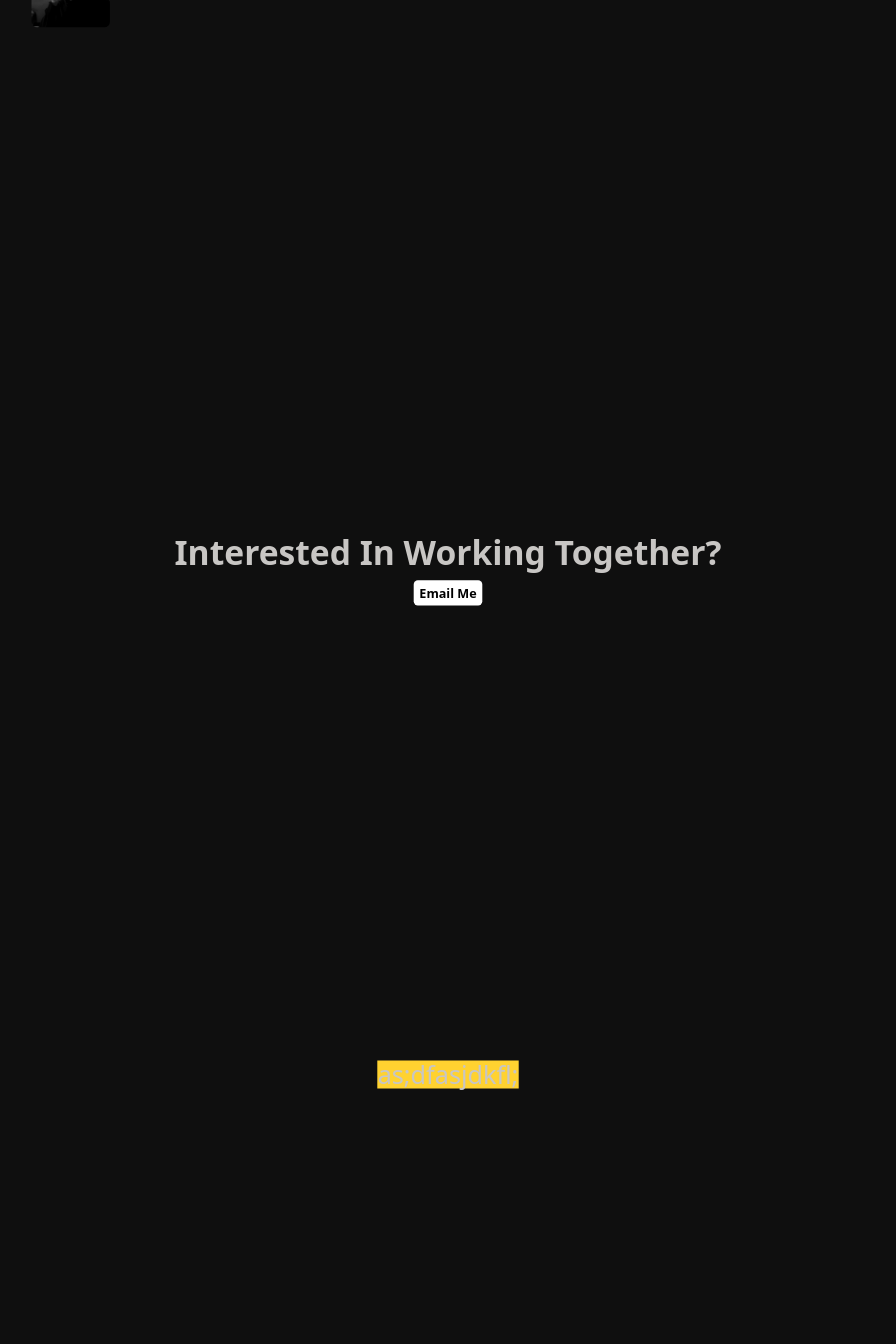
Repository: hitoutvrma/portfolio
Page: /
These files come from the project's save history. The page is drawn as it stood at one moment and after a run of saves; the edit follows.
The browser window is 1280 px wide. The pictures show the part of the page from y = 1010 to 2930 px (the page is 2930 px tall), at 70% of full size.
The project was rebuilt for these pictures with package versions that can differ from the ones it lists, and the page was loaded fresh each time. Also part of the build but not shown: vite.config.js.

Above is the page before, as saved 2025-03-08 21:05:10.

After the next 2 saves:
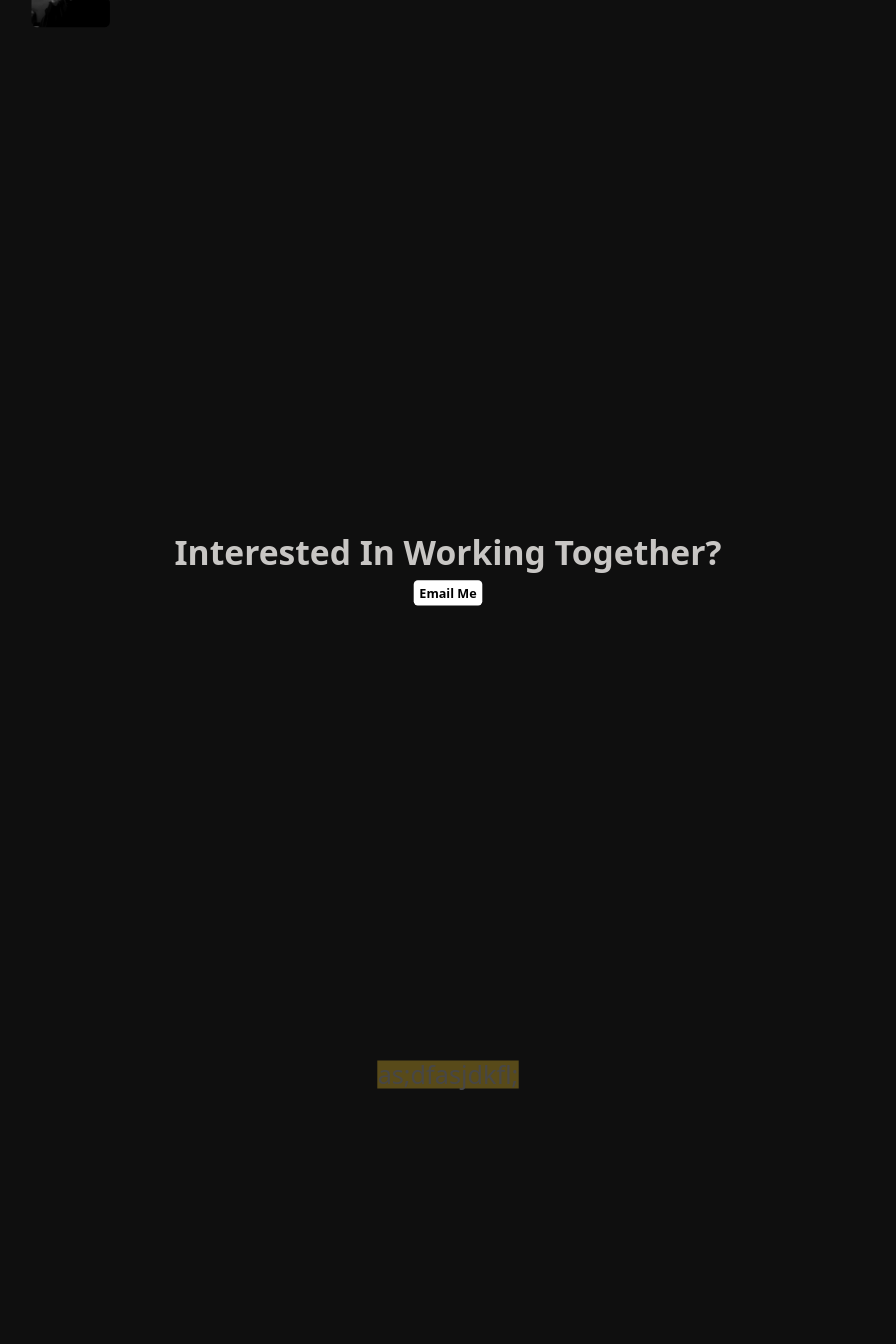
The 2 saves are shown as one change because they came seconds apart.
The last was saved 35 s later.
--- a/src/Components/CursorImagePop.jsx
+++ b/src/Components/CursorImagePop.jsx
@@ -35,7 +35,7 @@ const CursorImagePop = () => {
     }, [imageIndex, positions]);
 
     return (
-        <div className="relative flex justify-center items-center" style={{ height: "100vh", overflow: "hidden" }}>
+        <div className="relative flex justify-center opacity-30 items-center" style={{ height: "100vh", overflow: "hidden" }}>
             <div className="absolute z-120 bg-amber-300 text-4xl">as;dfasjdkfl;</div>
             {positions.map((img) => (
                 <img
